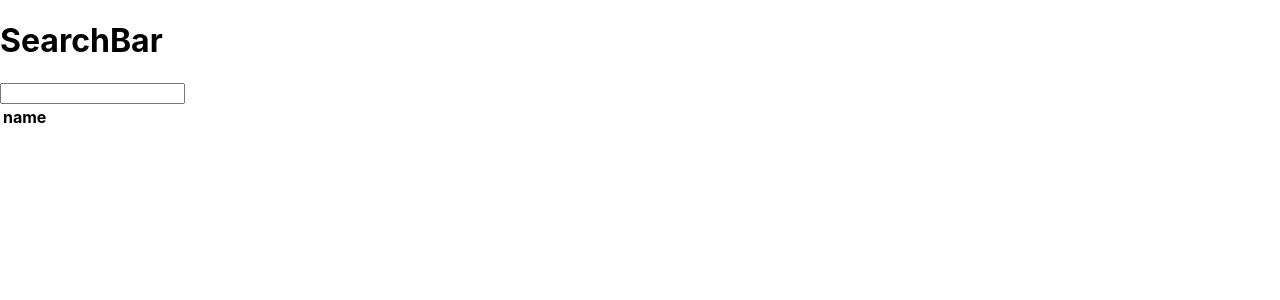
Repository: Esatollah/MedDemo
Page: / (app in client/)
These files come from the project's save history. The page is drawn as it stood at one moment and after the next save; the edit follows.
The browser window is 1280 px wide. The pictures show the whole page.
The page's requests for data from a server got no answer. The project was rebuilt for these pictures with package versions that can differ from the ones it lists, and the page was loaded fresh each time. No one was signed in, and anything a server would have sent is missing. Also part of the build but not shown: client/src/App.css.

Above is the page before, as saved 2022-05-31 15:47:24.

### client/src/App.js
import './App.css';
import SearchBar from './components/Search';
function App() {
  return (
    <div>
      <SearchBar></SearchBar>
    </div>
  );
}

export default App;

### client/src/components/Search.jsx
import React, {useState, useEffect} from 'react'
import DrugAPI from '../api/DrugAPI';

const Search = () => {
  const [searchinput, setSearchinput] = useState("");
  const [drugs, setDrugs] = useState([]);

  useEffect(() => {
    const fetchData = async () => {
      try {
        const result = await DrugAPI.get(`/?drugsearch=${searchinput}`)
        setDrugs(result.data.meds)
      } catch (err) {
        console.error(err);
      }
    }

    fetchData();

  }, [searchinput])

  return (
    <>
        <h1>SearchBar</h1>
        <input type="search" name="" id="" value={searchinput} onChange={e => setSearchinput(e.target.value)}/>
        <table>
          <thead>
            <tr>
              <th scope='col'>
                name
              </th>
            </tr>
          </thead>
          <tbody>
            {drugs && drugs.map((x) => {
              return (
                <tr key={x.id}>
                <td>{x.name}</td>
                </tr>
              )
            })}
          </tbody>

        </table>
    </>
    )
}

export default Search

### client/src/api/DrugAPI.js
import axios from 'axios'

export default axios.create({
    baseURL: "http://localhost:5000/api"
})

Loaded but not shown: client/public/index.html (common file); client/src/index.js (common file); client/src/index.css (common file)

After the next save:
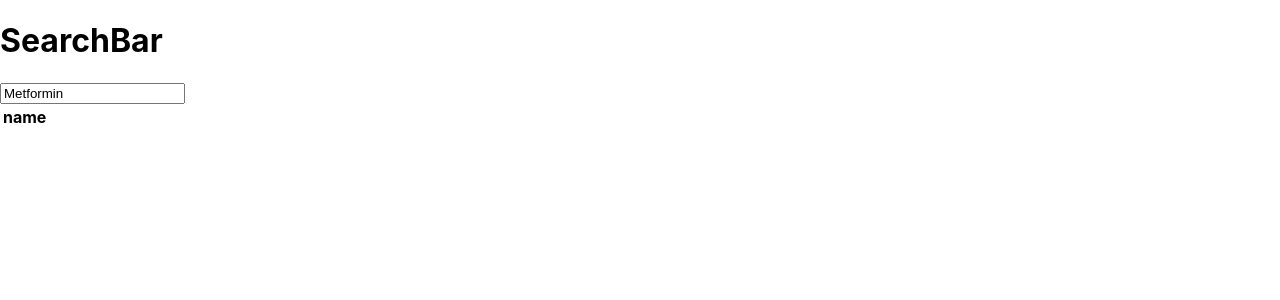
Saved 18 s later.
--- a/client/src/components/Search.jsx
+++ b/client/src/components/Search.jsx
@@ -2,7 +2,7 @@ import React, {useState, useEffect} from 'react'
 import DrugAPI from '../api/DrugAPI';
 
 const Search = () => {
-  const [searchinput, setSearchinput] = useState("");
+  const [searchinput, setSearchinput] = useState("Metformin");
   const [drugs, setDrugs] = useState([]);
 
   useEffect(() => {
